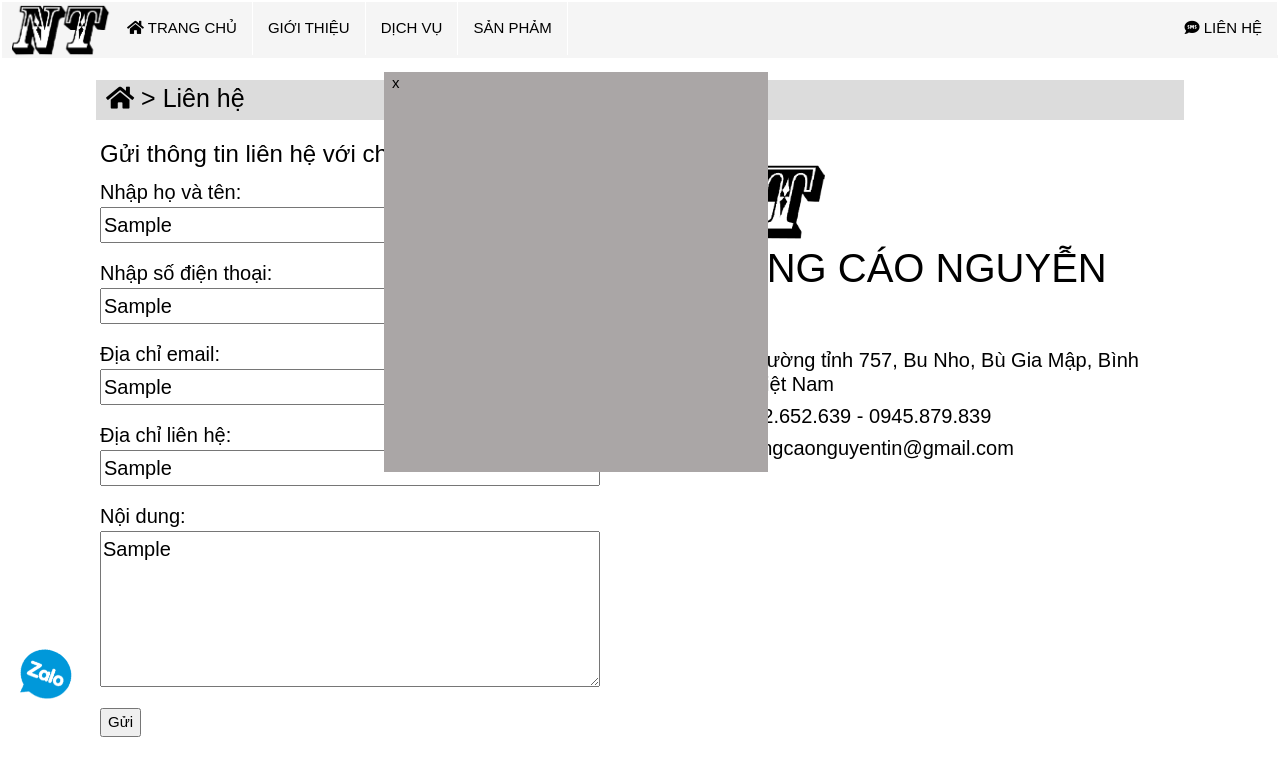
Repository: Haunguyen42193/quangcaonguyentin.github.io
Page: contact.html
The author's editor kept a copy of each file at every save. The page is drawn from the files as they stood at one save, then again after the next save.
The browser window is 1280 px wide. The pictures show the part of the page from y = 0 to 757 px (the page is 1526 px tall).
Empty fields were first filled with sample values (such as "Sample", 5 or name@example.com).
After loading, the first visible `#submit` was clicked once.
Pictures or frames that could not be fetched are drawn as grey boxes. Some web fonts or font styles are not loaded; a fallback is used. Some web libraries are served in a nearby version.

Above is the page before, as saved 2021-09-17 17:26:22.

After the next save:
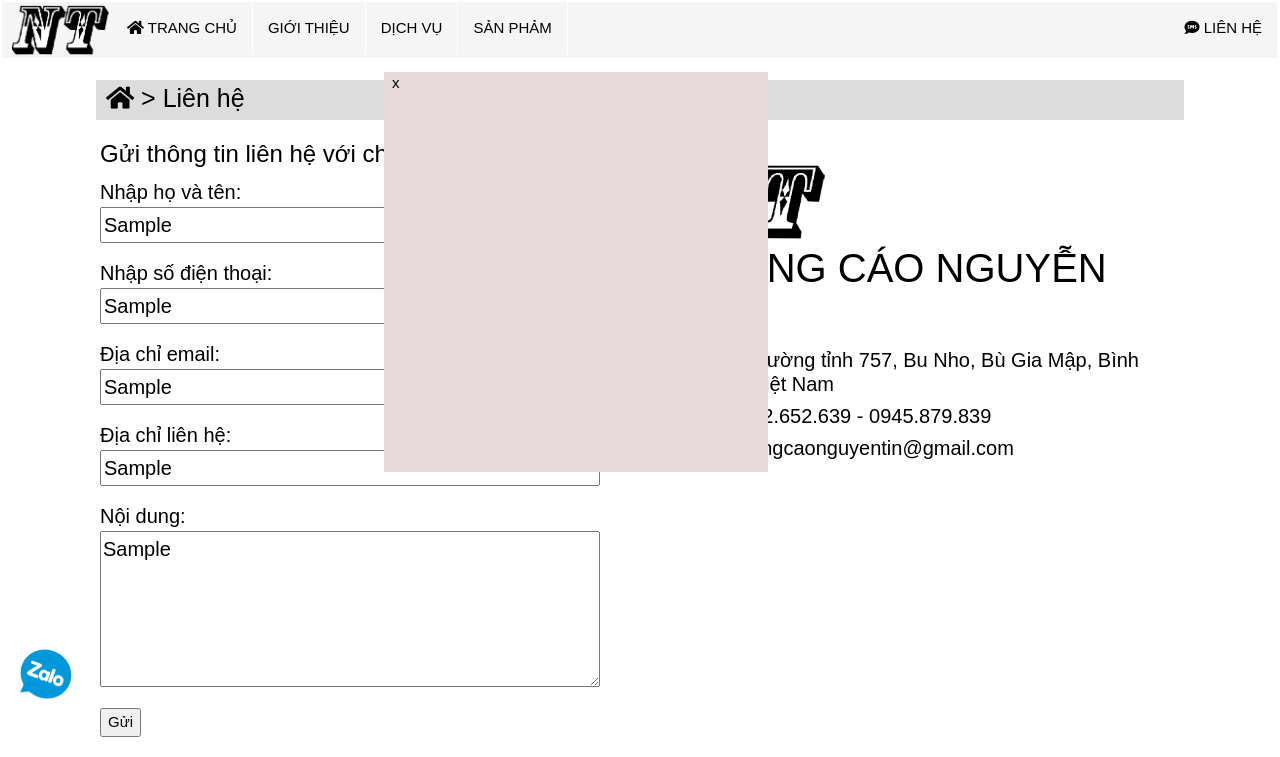
Saved 23 s later.
--- a/CSS/stylecontact.css
+++ b/CSS/stylecontact.css
@@ -266,7 +266,7 @@ a:active{
     position: fixed;
     width: 30%;
     height: 400px;
-    background-color: rgb(170, 166, 166);
+    background-color: rgb(233, 219, 219);
     z-index: 99;
     top: 10%;
     left:30%
